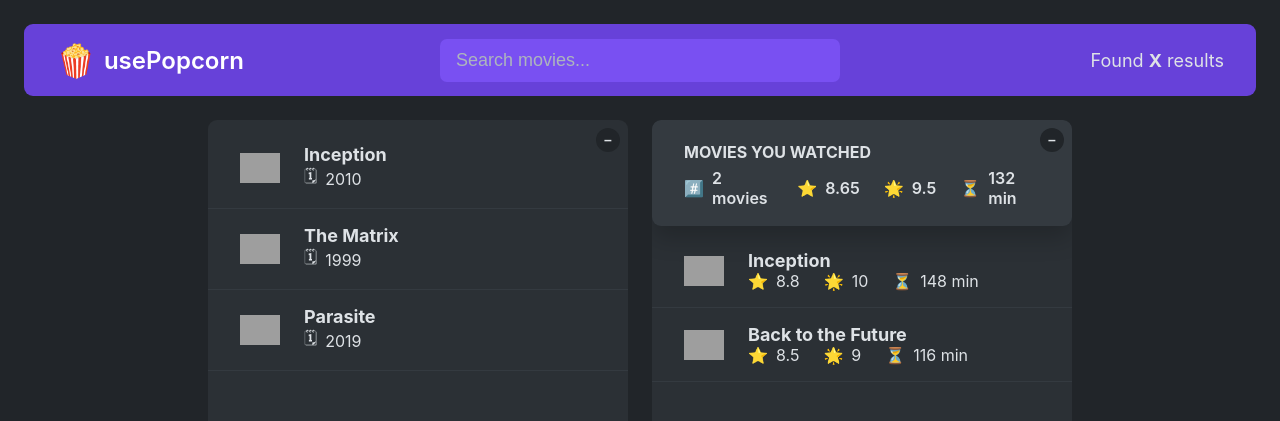
Repository: echoyol/07-usepopcorn
Page: /
An editor plug-in stored every save of this project. The page is shown before and after the next save, followed by the edit.
The browser window is 1280 px wide. The pictures show the whole page.
Pictures or frames that could not be fetched are drawn as grey boxes. The project was rebuilt for these pictures with package versions that can differ from the ones it lists, and the page was loaded fresh each time.

Above is the page before, as saved 2023-07-05 15:22:55.

### src/index.js
import React from 'react'
import ReactDOM from 'react-dom/client'
import './index.css'
import App from './App'
//import reportWebVitals from './reportWebVitals';

const root = ReactDOM.createRoot(document.getElementById('root'))
root.render(
  <React.StrictMode>
    <App />
  </React.StrictMode>
)

### src/App.js
import { useState } from 'react'

const tempMovieData = [
  {
    imdbID: 'tt1375666',
    Title: 'Inception',
    Year: '2010',
    Poster:
      'https://m.media-amazon.com/images/M/MV5BMjAxMzY3NjcxNF5BMl5BanBnXkFtZTcwNTI5OTM0Mw@@._V1_SX300.jpg',
  },
  {
    imdbID: 'tt0133093',
    Title: 'The Matrix',
    Year: '1999',
    Poster:
      'https://m.media-amazon.com/images/M/MV5BNzQzOTk3OTAtNDQ0Zi00ZTVkLWI0MTEtMDllZjNkYzNjNTc4L2ltYWdlXkEyXkFqcGdeQXVyNjU0OTQ0OTY@._V1_SX300.jpg',
  },
  {
    imdbID: 'tt6751668',
    Title: 'Parasite',
    Year: '2019',
    Poster:
      'https://m.media-amazon.com/images/M/MV5BYWZjMjk3ZTItODQ2ZC00NTY5LWE0ZDYtZTI3MjcwN2Q5NTVkXkEyXkFqcGdeQXVyODk4OTc3MTY@._V1_SX300.jpg',
  },
]

const tempWatchedData = [
  {
    imdbID: 'tt1375666',
    Title: 'Inception',
    Year: '2010',
    Poster:
      'https://m.media-amazon.com/images/M/MV5BMjAxMzY3NjcxNF5BMl5BanBnXkFtZTcwNTI5OTM0Mw@@._V1_SX300.jpg',
    runtime: 148,
    imdbRating: 8.8,
    userRating: 10,
  },
  {
    imdbID: 'tt0088763',
    Title: 'Back to the Future',
    Year: '1985',
    Poster:
      'https://m.media-amazon.com/images/M/MV5BZmU0M2Y1OGUtZjIxNi00ZjBkLTg1MjgtOWIyNThiZWIwYjRiXkEyXkFqcGdeQXVyMTQxNzMzNDI@._V1_SX300.jpg',
    runtime: 116,
    imdbRating: 8.5,
    userRating: 9,
  },
]

const average = (arr) =>
  arr.reduce((acc, cur, i, arr) => acc + cur / arr.length, 0)

export default function App() {
  return (
    <>
      <NavBar />
      <Main />
    </>
  )
}

function NavBar() {
  return (
    <nav className='nav-bar'>
      <div className='logo'>
        <span role='img'>🍿</span>
        <h1>usePopcorn</h1>
      </div>
      <Search />
      <p className='num-results'>
        Found <strong>X</strong> results
      </p>
    </nav>
  )
}

function Search() {
  const [query, setQuery] = useState('')
  return (
    <input
      className='search'
      type='text'
      placeholder='Search movies...'
      value={query}
      onChange={(e) => setQuery(e.target.value)}
    />
  )
}
function Main() {
  const [movies, setMovies] = useState(tempMovieData)
  const [watched, setWatched] = useState(tempWatchedData)
  const [isOpen1, setIsOpen1] = useState(true)
  const [isOpen2, setIsOpen2] = useState(true)

  const avgImdbRating = average(watched.map((movie) => movie.imdbRating))
  const avgUserRating = average(watched.map((movie) => movie.userRating))
  const avgRuntime = average(watched.map((movie) => movie.runtime))

  return (
    <main className='main'>
      <div className='box'>
        <button
          className='btn-toggle'
          onClick={() => setIsOpen1((open) => !open)}
        >
          {isOpen1 ? '–' : '+'}
        </button>
        {isOpen1 && (
          <ul className='list'>
            {movies?.map((movie) => (
              <li key={movie.imdbID}>
                <img
                  src={movie.Poster}
                  alt={`${movie.Title} poster`}
                />
                <h3>{movie.Title}</h3>
                <div>
                  <p>
                    <span>🗓</span>
                    <span>{movie.Year}</span>
                  </p>
                </div>
              </li>
            ))}
          </ul>
        )}
      </div>

      <div className='box'>
        <button
          className='btn-toggle'
          onClick={() => setIsOpen2((open) => !open)}
        >
          {isOpen2 ? '–' : '+'}
        </button>
        {isOpen2 && (
          <>
            <div className='summary'>
              <h2>Movies you watched</h2>
              <div>
                <p>
                  <span>#️⃣</span>
                  <span>{watched.length} movies</span>
                </p>
                <p>
                  <span>⭐️</span>
                  <span>{avgImdbRating}</span>
                </p>
                <p>
                  <span>🌟</span>
                  <span>{avgUserRating}</span>
                </p>
                <p>
                  <span>⏳</span>
                  <span>{avgRuntime} min</span>
                </p>
              </div>
            </div>

            <ul className='list'>
              {watched.map((movie) => (
                <li key={movie.imdbID}>
                  <img
                    src={movie.Poster}
                    alt={`${movie.Title} poster`}
                  />
                  <h3>{movie.Title}</h3>
                  <div>
                    <p>
                      <span>⭐️</span>
                      <span>{movie.imdbRating}</span>
                    </p>
                    <p>
                      <span>🌟</span>
                      <span>{movie.userRating}</span>
                    </p>
                    <p>
                      <span>⏳</span>
                      <span>{movie.runtime} min</span>
                    </p>
                  </div>
                </li>
              ))}
            </ul>
          </>
        )}
      </div>
    </main>
  )
}

Loaded but not shown: public/index.html (common file); src/index.css (common file)

After the next save:
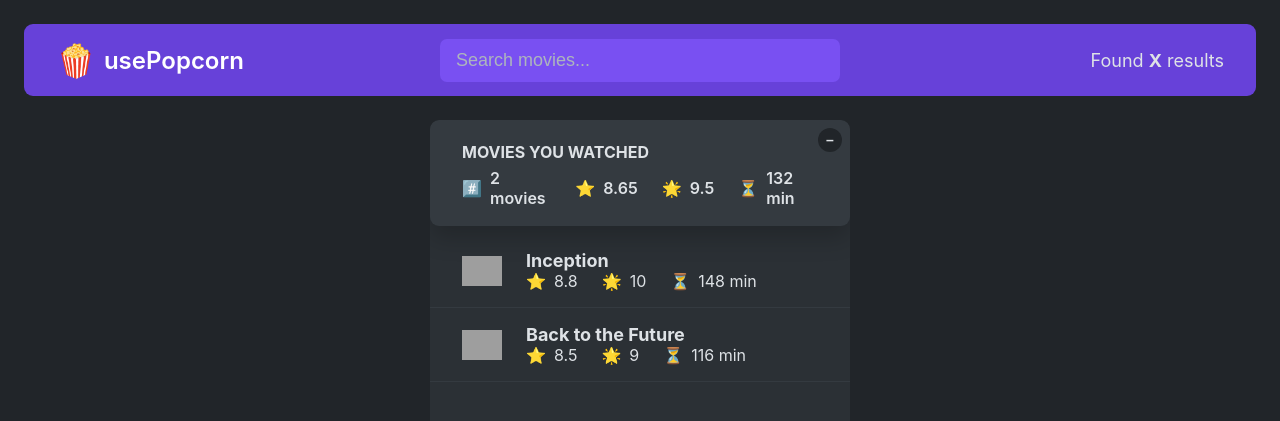
Saved 56 min 58 s later.
--- a/src/App.js
+++ b/src/App.js
@@ -62,18 +62,20 @@
 function NavBar() {
   return (
     <nav className='nav-bar'>
-      <div className='logo'>
-        <span role='img'>🍿</span>
-        <h1>usePopcorn</h1>
-      </div>
+      <Logo />
       <Search />
-      <p className='num-results'>
-        Found <strong>X</strong> results
-      </p>
+      <NumResults />
     </nav>
   )
 }
-
+function Logo() {
+  return (
+    <div className='logo'>
+      <span role='img'>🍿</span>
+      <h1>usePopcorn</h1>
+    </div>
+  )
+}
 function Search() {
   const [query, setQuery] = useState('')
   return (
@@ -86,10 +88,16 @@
     />
   )
 }
+
+function NumResults() {
+  return (
+    <p className='num-results'>
+      Found <strong>X</strong> results
+    </p>
+  )
+}
 function Main() {
-  const [movies, setMovies] = useState(tempMovieData)
   const [watched, setWatched] = useState(tempWatchedData)
-  const [isOpen1, setIsOpen1] = useState(true)
   const [isOpen2, setIsOpen2] = useState(true)
 
   const avgImdbRating = average(watched.map((movie) => movie.imdbRating))
@@ -98,34 +106,6 @@
 
   return (
     <main className='main'>
-      <div className='box'>
-        <button
-          className='btn-toggle'
-          onClick={() => setIsOpen1((open) => !open)}
-        >
-          {isOpen1 ? '–' : '+'}
-        </button>
-        {isOpen1 && (
-          <ul className='list'>
-            {movies?.map((movie) => (
-              <li key={movie.imdbID}>
-                <img
-                  src={movie.Poster}
-                  alt={`${movie.Title} poster`}
-                />
-                <h3>{movie.Title}</h3>
-                <div>
-                  <p>
-                    <span>🗓</span>
-                    <span>{movie.Year}</span>
-                  </p>
-                </div>
-              </li>
-            ))}
-          </ul>
-        )}
-      </div>
-
       <div className='box'>
         <button
           className='btn-toggle'
@@ -188,3 +168,37 @@
     </main>
   )
 }
+
+function ListBox() {
+  const [movies, setMovies] = useState(tempMovieData)
+  const [isOpen1, setIsOpen1] = useState(true)
+  return (
+    <div className='box'>
+      <button
+        className='btn-toggle'
+        onClick={() => setIsOpen1((open) => !open)}
+      >
+        {isOpen1 ? '–' : '+'}
+      </button>
+      {isOpen1 && (
+        <ul className='list'>
+          {movies?.map((movie) => (
+            <li key={movie.imdbID}>
+              <img
+                src={movie.Poster}
+                alt={`${movie.Title} poster`}
+              />
+              <h3>{movie.Title}</h3>
+              <div>
+                <p>
+                  <span>🗓</span>
+                  <span>{movie.Year}</span>
+                </p>
+              </div>
+            </li>
+          ))}
+        </ul>
+      )}
+    </div>
+  )
+}

After the save that followed:
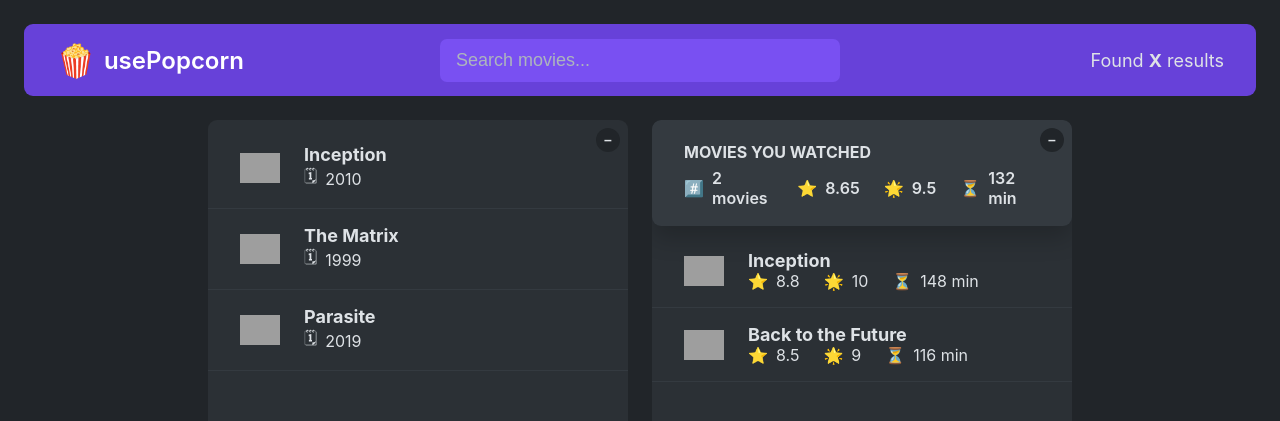
Saved 10 min 48 s later.
--- a/src/App.js
+++ b/src/App.js
@@ -97,74 +97,10 @@
   )
 }
 function Main() {
-  const [watched, setWatched] = useState(tempWatchedData)
-  const [isOpen2, setIsOpen2] = useState(true)
-
-  const avgImdbRating = average(watched.map((movie) => movie.imdbRating))
-  const avgUserRating = average(watched.map((movie) => movie.userRating))
-  const avgRuntime = average(watched.map((movie) => movie.runtime))
-
   return (
     <main className='main'>
-      <div className='box'>
-        <button
-          className='btn-toggle'
-          onClick={() => setIsOpen2((open) => !open)}
-        >
-          {isOpen2 ? '–' : '+'}
-        </button>
-        {isOpen2 && (
-          <>
-            <div className='summary'>
-              <h2>Movies you watched</h2>
-              <div>
-                <p>
-                  <span>#️⃣</span>
-                  <span>{watched.length} movies</span>
-                </p>
-                <p>
-                  <span>⭐️</span>
-                  <span>{avgImdbRating}</span>
-                </p>
-                <p>
-                  <span>🌟</span>
-                  <span>{avgUserRating}</span>
-                </p>
-                <p>
-                  <span>⏳</span>
-                  <span>{avgRuntime} min</span>
-                </p>
-              </div>
-            </div>
-
-            <ul className='list'>
-              {watched.map((movie) => (
-                <li key={movie.imdbID}>
-                  <img
-                    src={movie.Poster}
-                    alt={`${movie.Title} poster`}
-                  />
-                  <h3>{movie.Title}</h3>
-                  <div>
-                    <p>
-                      <span>⭐️</span>
-                      <span>{movie.imdbRating}</span>
-                    </p>
-                    <p>
-                      <span>🌟</span>
-                      <span>{movie.userRating}</span>
-                    </p>
-                    <p>
-                      <span>⏳</span>
-                      <span>{movie.runtime} min</span>
-                    </p>
-                  </div>
-                </li>
-              ))}
-            </ul>
-          </>
-        )}
-      </div>
+      <ListBox />
+      <WatchedBox />
     </main>
   )
 }
@@ -202,3 +138,73 @@
     </div>
   )
 }
+
+function WatchedBox() {
+  const [watched, setWatched] = useState(tempWatchedData)
+  const [isOpen2, setIsOpen2] = useState(true)
+
+  const avgImdbRating = average(watched.map((movie) => movie.imdbRating))
+  const avgUserRating = average(watched.map((movie) => movie.userRating))
+  const avgRuntime = average(watched.map((movie) => movie.runtime))
+  return (
+    <div className='box'>
+      <button
+        className='btn-toggle'
+        onClick={() => setIsOpen2((open) => !open)}
+      >
+        {isOpen2 ? '–' : '+'}
+      </button>
+      {isOpen2 && (
+        <>
+          <div className='summary'>
+            <h2>Movies you watched</h2>
+            <div>
+              <p>
+                <span>#️⃣</span>
+                <span>{watched.length} movies</span>
+              </p>
+              <p>
+                <span>⭐️</span>
+                <span>{avgImdbRating}</span>
+              </p>
+              <p>
+                <span>🌟</span>
+                <span>{avgUserRating}</span>
+              </p>
+              <p>
+                <span>⏳</span>
+                <span>{avgRuntime} min</span>
+              </p>
+            </div>
+          </div>
+
+          <ul className='list'>
+            {watched.map((movie) => (
+              <li key={movie.imdbID}>
+                <img
+                  src={movie.Poster}
+                  alt={`${movie.Title} poster`}
+                />
+                <h3>{movie.Title}</h3>
+                <div>
+                  <p>
+                    <span>⭐️</span>
+                    <span>{movie.imdbRating}</span>
+                  </p>
+                  <p>
+                    <span>🌟</span>
+                    <span>{movie.userRating}</span>
+                  </p>
+                  <p>
+                    <span>⏳</span>
+                    <span>{movie.runtime} min</span>
+                  </p>
+                </div>
+              </li>
+            ))}
+          </ul>
+        </>
+      )}
+    </div>
+  )
+}
